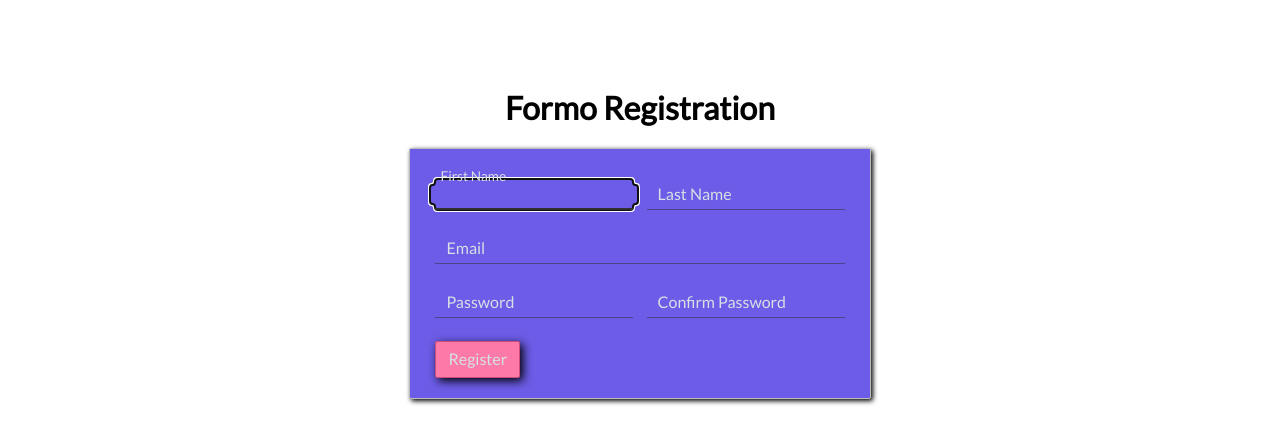
Repository: AMAmine89/vanilla-projects
Page: formo/index.html
The author's editor kept a copy of each file at every save. The page is drawn from the files as they stood at one save, then again after the next save.
The browser window is 1280 px wide. The pictures show the whole page.
The first visible `span` has the focus.

Above is the page before, as saved 2021-05-05 08:54:06.

After the next save:
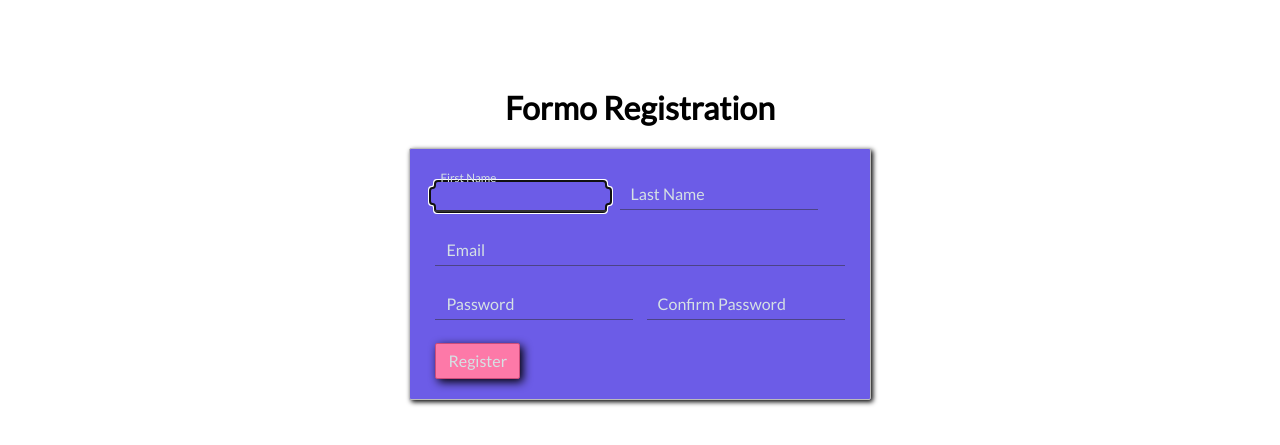
Saved 92 s later.
--- a/formo/style.css
+++ b/formo/style.css
@@ -138,7 +138,7 @@
     -o-transition: all .3s ease-in-out;
 }
 
-span:focus-within::before, span:focus::before, span:focus-within:-webkit-autofill::before {
+span:focus-within::before, span:focus::before, span:focus-within:not(:placeholder-shown) {
     top: 0;
     left: 10px;
     bottom: 30px;

After the 2 saves that followed:
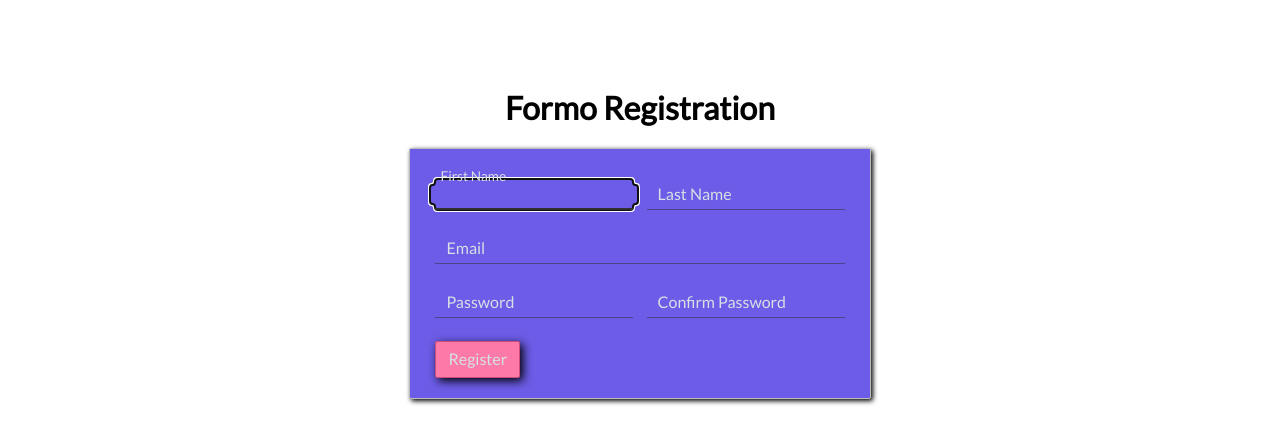
The 2 saves are shown as one change because they came seconds apart.
The last was saved 5 min 52 s later.
--- a/formo/style.css
+++ b/formo/style.css
@@ -138,7 +138,7 @@
     -o-transition: all .3s ease-in-out;
 }
 
-span:focus-within::before, span:focus::before, span:focus-within:not(:placeholder-shown) {
+span:focus-within::before, span:focus::before, span:focus-within:not(:placeholder-shown) ~ span::before {
     top: 0;
     left: 10px;
     bottom: 30px;
